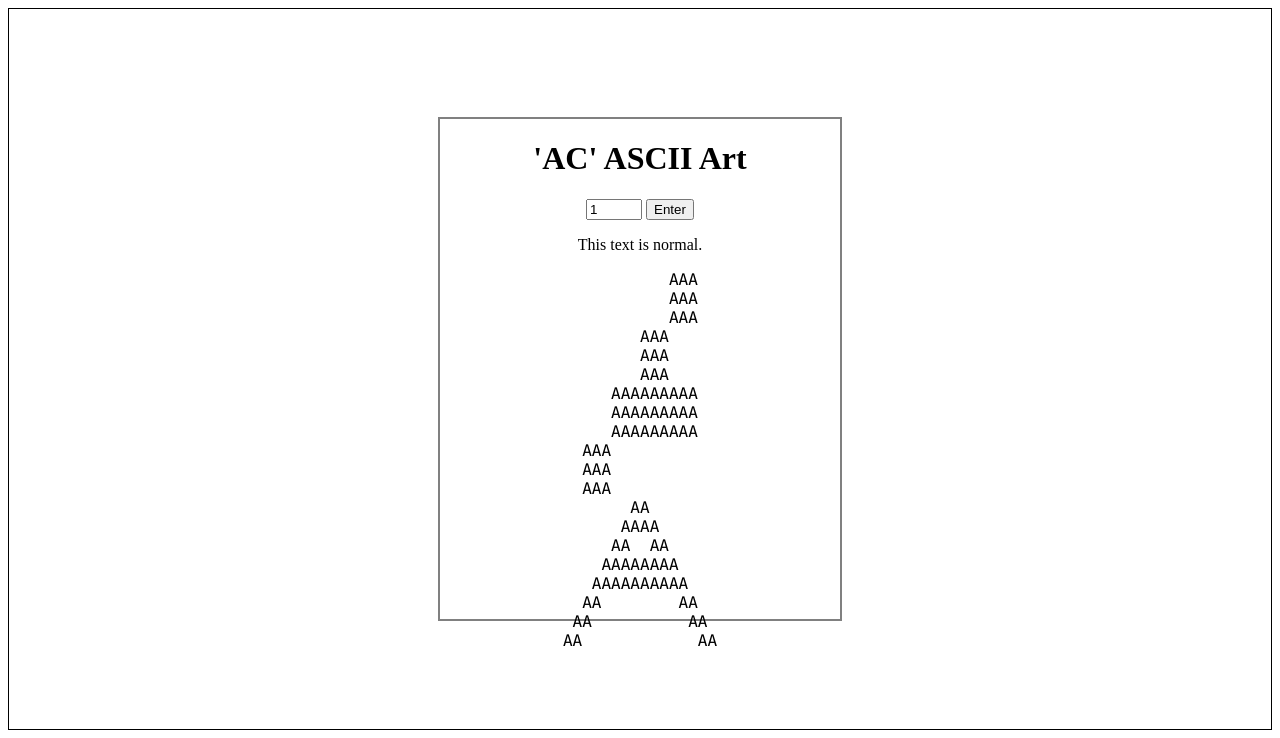
Repository: Achorn/ascii-art
Page: index.html
An editor plug-in stored every save of this project. The page is shown before and after the next save, followed by the edit.
The browser window is 1280 px wide. The pictures show the whole page.

Above is the page before, as saved 2021-08-09 16:56:22.

### index.html
<!DOCTYPE html>
<html lang="en">
  <head>
    <link rel="stylesheet" href="styles.css" />
    <meta charset="UTF-8" />
    <meta http-equiv="X-UA-Compatible" content="IE=edge" />
    <meta name="viewport" content="width=device-width, initial-scale=1.0" />
    <title>Document</title>
  </head>
  <body>
    <form>
      <h1>'AC' ASCII Art</h1>
      <input type="number" min="1" value="1" max="10" />
      <button>Enter</button>
      <div id="ascii">
        <p>This text is normal.</p>
        <p id="mono" style="font-family: 'Lucida Console', monospace">
          This text is monospace text.
        </p>
      </div>
    </form>
    <script type="text/javascript" src="myscripts.js"></script>
  </body>
</html>

### styles.css
body {
  border: 1px solid black;
  display: flex;
  flex-direction: column;
  justify-content: center;
  align-items: center;
  height: 100vh;
}

form {
  border: 2px solid grey;
  height: 500px;
  width: 400px;
  text-align: center;
}

.ascii {
  border-radius: 1px solid black;
}
#mono {
  /* font-size: 25.5vw; */

  white-space: pre;
}

### myscripts.js
console.log("hello");

let four = [
  [" ", " ", " ", "A"],
  [" ", " ", "A", " "],
  [" ", "A", "A", "A"],
  ["A", " ", " ", " "],
];

let eight = [
  [
    " ",
    " ",
    " ",
    " ",
    " ",
    " ",
    " ",
    "A",
    "A",
    " ",
    " ",
    " ",
    " ",
    " ",
    " ",
    " ",
  ],
  [
    " ",
    " ",
    " ",
    " ",
    " ",
    " ",
    "A",
    "A",
    "A",
    "A",
    " ",
    " ",
    " ",
    " ",
    " ",
    " ",
  ],
  [
    " ",
    " ",
    " ",
    " ",
    " ",
    "A",
    "A",
    " ",
    " ",
    "A",
    "A",
    " ",
    " ",
    " ",
    " ",
    " ",
  ],
  [
    " ",
    " ",
    " ",
    " ",
    "A",
    "A",
    "A",
    "A",
    "A",
    "A",
    "A",
    "A",
    " ",
    " ",
    " ",
    " ",
  ],
  [
    " ",
    " ",
    " ",
    "A",
    "A",
    "A",
    "A",
    "A",
    "A",
    "A",
    "A",
    "A",
    "A",
    " ",
    " ",
    " ",
  ],
  [
    " ",
    " ",
    "A",
    "A",
    " ",
    " ",
    " ",
    " ",
    " ",
    " ",
    " ",
    " ",
    "A",
    "A",
    " ",
    " ",
  ],
  [
    " ",
    "A",
    "A",
    " ",
    " ",
    " ",
    " ",
    " ",
    " ",
    " ",
    " ",
    " ",
    " ",
    "A",
    "A",
    " ",
  ],
  [
    "A",
    "A",
    " ",
    " ",
    " ",
    " ",
    " ",
    " ",
    " ",
    " ",
    " ",
    " ",
    " ",
    " ",
    "A",
    "A",
  ],
];

// for (let i = 0; i < eight.length; i++) {
//   console.log(eight[i].join(""));
// }

function scaleSpread(array, factor) {
  const scaled = [];

  for (const row of array) {
    let x = [];

    for (const item of row) x.push(...Array(factor).fill(item));

    scaled.push(...Array(factor).fill(x));
  }

  return scaled;
}
let sixteen = scaleSpread(eight, 2);

function arrToString(arr) {
  let string = "";
  for (let i = 0; i < arr.length; i++) {
    string += arr[i].join("") + "<br>";
  }
  return string;
}

function trimA(arr, lWidth) {
  for (i = 0; i < arr.length; i++) {
    //subtract from middle
    //add to sized
    arr[i] == arr[i];
  }
}

let mono = document.getElementById("mono");
console.log(mono.innerHTML);

mono.innerHTML = arrToString(scaleSpread(four, 3));
mono.innerHTML += arrToString(scaleSpread(eight, 1));

After the next save:
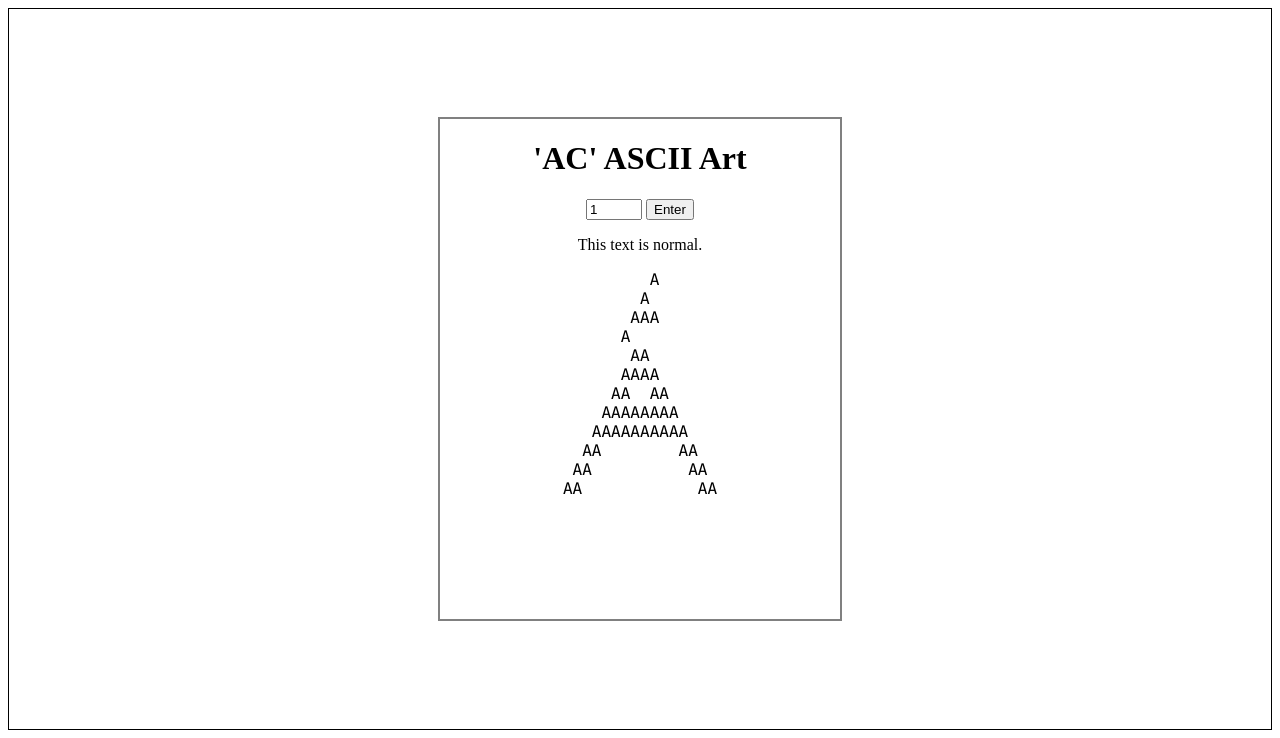
Saved 42 s later.
--- a/myscripts.js
+++ b/myscripts.js
@@ -183,6 +183,7 @@ function arrToString(arr) {
 
 function trimA(arr, lWidth) {
   for (i = 0; i < arr.length; i++) {
+    let disp = lWidth;
     //subtract from middle
     //add to sized
     arr[i] == arr[i];
@@ -192,5 +193,5 @@ function trimA(arr, lWidth) {
 let mono = document.getElementById("mono");
 console.log(mono.innerHTML);
 
-mono.innerHTML = arrToString(scaleSpread(four, 3));
+mono.innerHTML = arrToString(scaleSpread(four, 1));
 mono.innerHTML += arrToString(scaleSpread(eight, 1));
